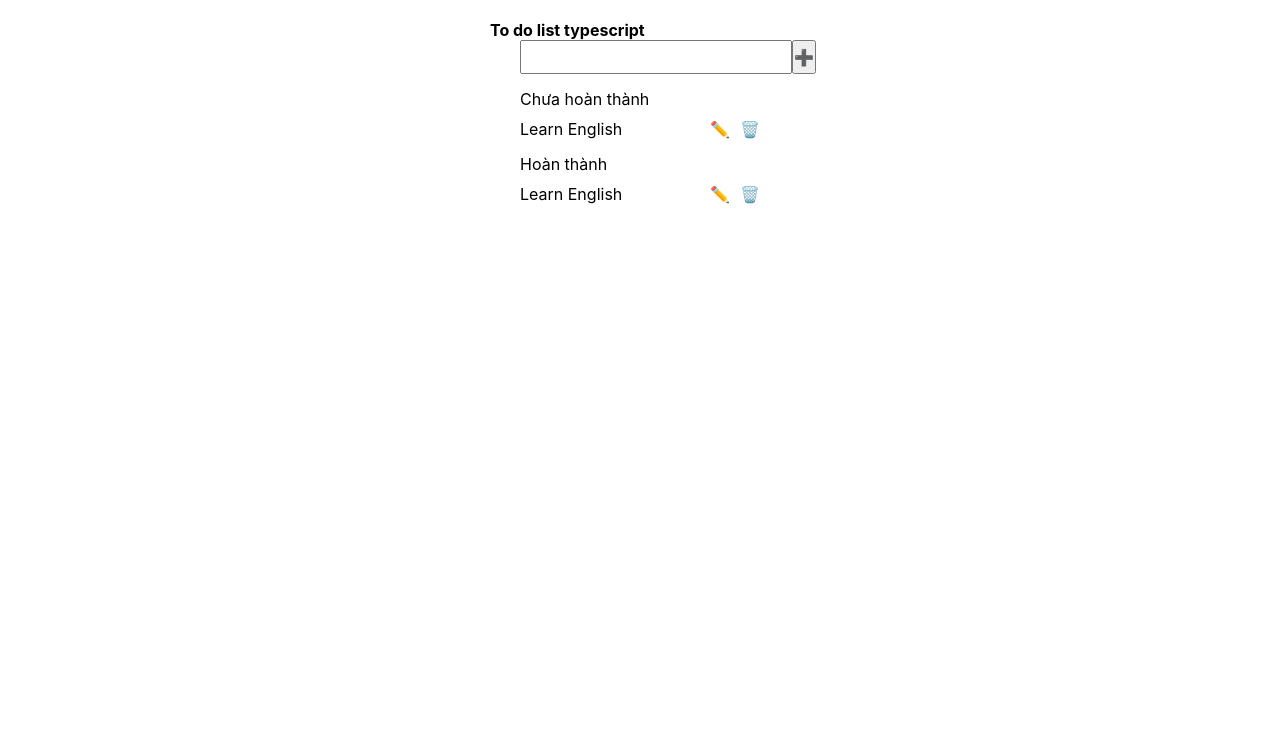
Repository: ChauVanLoc/TodoList-Reactjs
Page: / (app in todo-app/)
An editor plug-in stored every save of this project. The page is shown before and after the next save, followed by the edit.
The browser window is 1280 px wide. The pictures show the whole page.
The project was rebuilt for these pictures with package versions that can differ from the ones it lists, and the page was loaded fresh each time.

Above is the page before, as saved 2022-12-04 19:52:45.

After the next save:
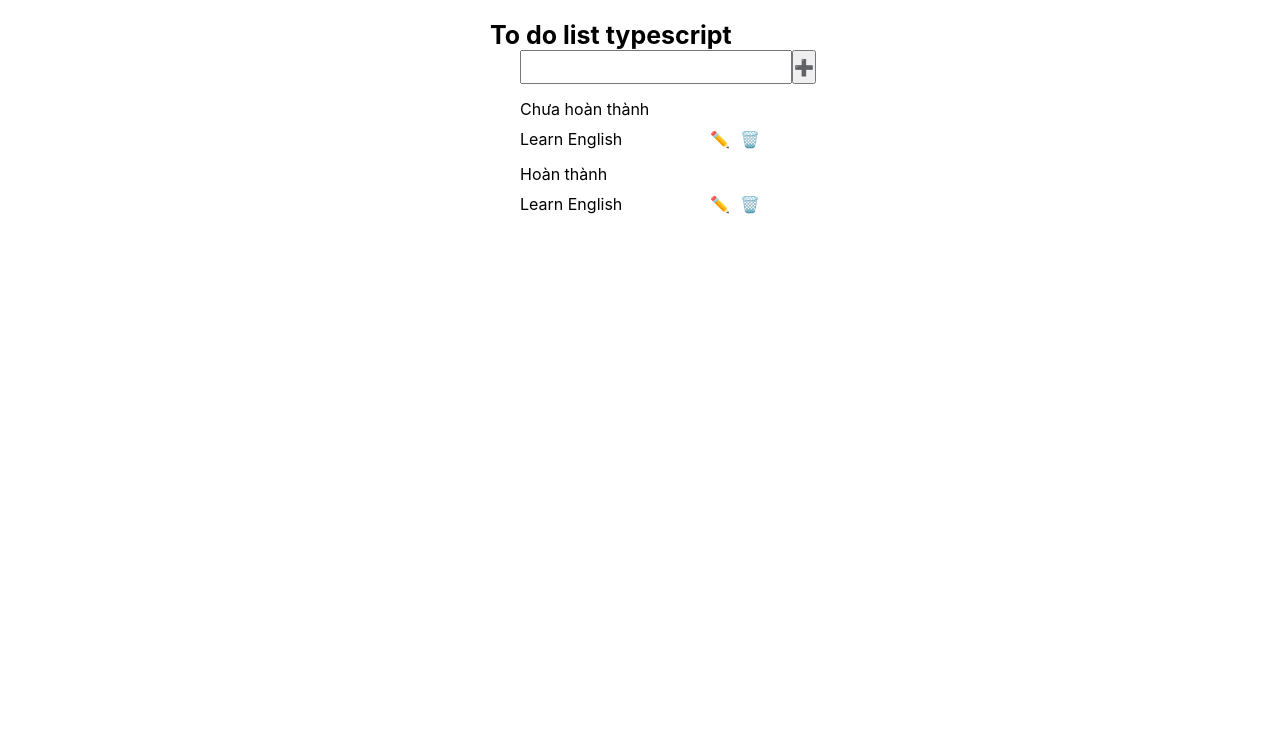
Saved 18 s later.
--- a/todo-app/src/components/TodoList/TodoListStyle.module.scss
+++ b/todo-app/src/components/TodoList/TodoListStyle.module.scss
@@ -4,5 +4,6 @@
   margin: 20px auto;
   .header {
     font-weight: bold;
+    font-size: 25px;
   }
 }
